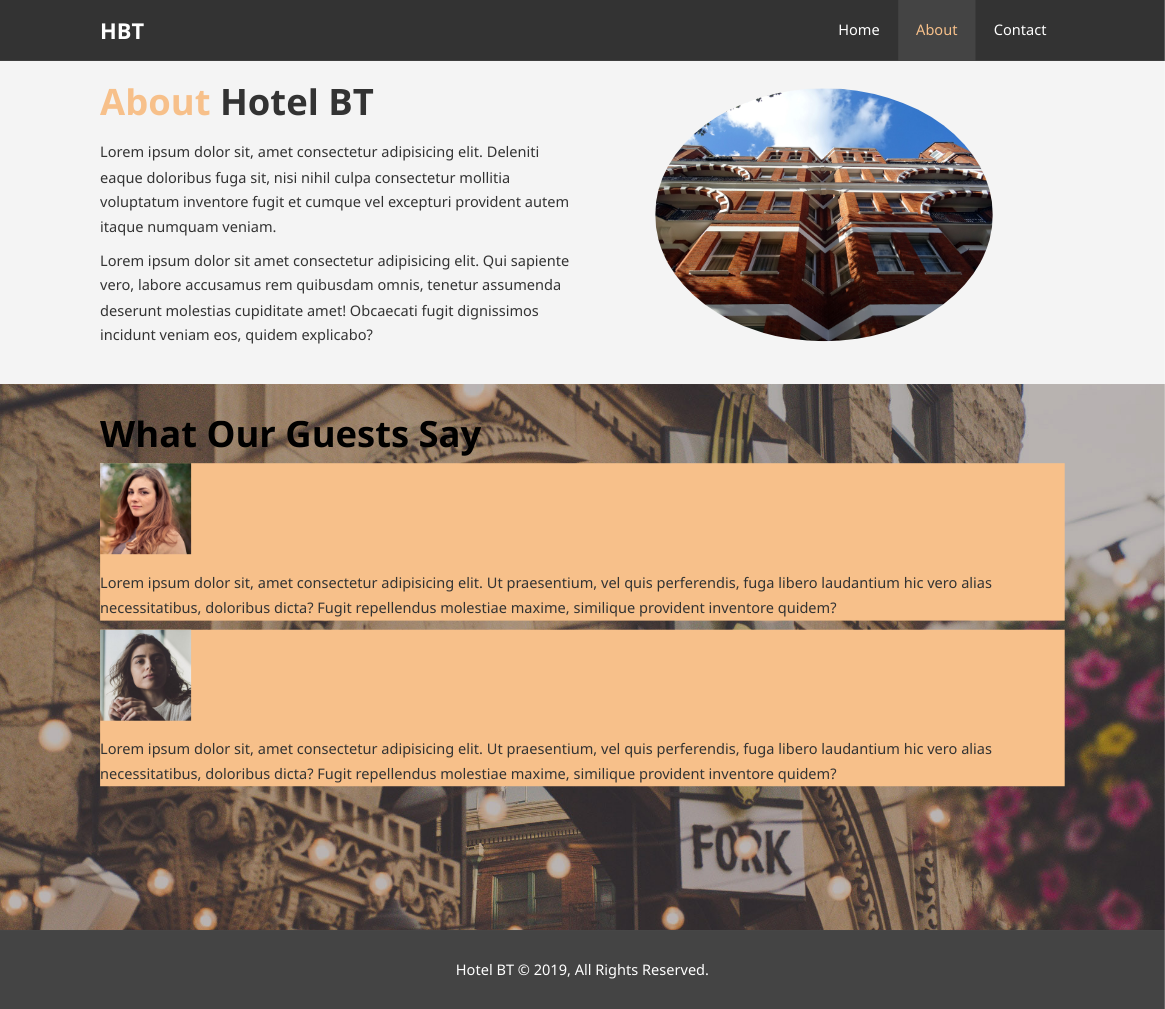
Repository: minhtien9/hotel-website
Page: about.html
An editor plug-in stored every save of this project. The page is shown before and after the next save, followed by the edit.
The browser window is 1280 px wide. The pictures show the whole page, at 91% of full size.

Above is the page before, as saved 2021-08-14 18:31:53.

### about.html
<!DOCTYPE html>
<html lang="en">

<head>
    <meta charset="UTF-8" />
    <meta http-equiv="X-UA-Compatible" content="IE=edge" />
    <meta name="viewport" content="width=device-width, initial-scale=1.0" />
    <meta name="description" content="Welcome to the most extraordinary hotel in Boston Massachusetts" />
    <meta name="keywords" content="hotel, boston hotel, new england hotel" />

    <link rel="stylesheet" href="css/style.css" />
    <title>Hotel BT | About</title>
</head>

<body>
    <header>
        <nav id="navbar">
            <div class="container">
                <h1 class="logo">
                    <a href="index.html"></a> HBT</h1>
                <ul>
                    <li><a href="index.html">Home</a></li>
                    <li><a class="current" href="about.html">About</a></li>
                    <li><a href="contact.html">Contact</a></li>
                </ul>
            </div>
        </nav>
    </header>
    <section id="about-info" class="bg-light py-3">
        <div class="container">
            <div class="info-left">
                <h1 class="l-heading">
                    <span class="text-primary">About</span> Hotel BT
                </h1>
                <p>
                    Lorem ipsum dolor sit, amet consectetur adipisicing elit. Deleniti eaque doloribus fuga sit, nisi nihil culpa consectetur mollitia voluptatum inventore fugit et cumque vel excepturi provident autem itaque numquam veniam.
                </p>
                <p>
                    Lorem ipsum dolor sit amet consectetur adipisicing elit. Qui sapiente vero, labore accusamus rem quibusdam omnis, tenetur assumenda deserunt molestias cupiditate amet! Obcaecati fugit dignissimos incidunt veniam eos, quidem explicabo?
                </p>
            </div>
            <div class="info-right">
                <img src="./img/photo-2.jpg" alt="hotel" />
            </div>
        </div>
    </section>
    <div class="clr"></div>
    <section id="testimonials" class="py-3">
        <div class="container">
            <h2 class="l-heading">What Our Guests Say</h2>
            <div class="testimonial bg-primary">
                <img src="./img/person-1.jpg" alt="Samantha" />
                <p>
                    Lorem ipsum dolor sit, amet consectetur adipisicing elit. Ut praesentium, vel quis perferendis, fuga libero laudantium hic vero alias necessitatibus, doloribus dicta? Fugit repellendus molestiae maxime, similique provident inventore quidem?
                </p>
            </div>
            <div class="testimonial bg-primary">
                <img src="./img/person-2.jpg" alt="Jen" />
                <p>
                    Lorem ipsum dolor sit, amet consectetur adipisicing elit. Ut praesentium, vel quis perferendis, fuga libero laudantium hic vero alias necessitatibus, doloribus dicta? Fugit repellendus molestiae maxime, similique provident inventore quidem?
                </p>
            </div>
        </div>
    </section>
    <footer id="main-footer">
        <p>Hotel BT &copy; 2019, All Rights Reserved.</p>
    </footer>
</body>

</html>

### css/style.css
/* Reset */

* {
    margin: 0;
    padding: 0;
    box-sizing: border-box;
}


/* Main Styling */

html,
body {
    font-family: 'Segoe UI', Tahoma, Geneva, Verdana, sans-serif;
    line-height: 1.7em;
}

a {
    color: #333;
    text-decoration: none;
}

h1,
h2,
h3 {
    padding-bottom: 20px;
}

p {
    margin: 10px 0;
}


/* Utility Classes */

.container {
    margin: auto;
    max-width: 1100px;
    overflow: auto;
    padding: 0 20px;
}

.text-primary {
    color: #f7c08a;
}

.lead {
    font-size: 20px;
}

.btn {
    display: inline-block;
    font-size: 18px;
    color: #fff;
    background: #333;
    padding: 13px 20px;
    border: none;
    cursor: pointer;
}

.btn:hover {
    background: #f7c08a;
    color: #333;
}

.btn-light {
    background: #f4f4f4;
    color: #333;
}

.bg-dark {
    background: #333;
    color: #fff;
}

.bg-light {
    background: #f4f4f4;
    color: #333;
}

.bg-primary {
    background: #f7c08a;
    color: #333;
}

.clr {
    clear: both;
}

.l-heading {
    font-size: 40px;
}


/* Padding */

.py-1 {
    padding: 10px 0;
}

.py-2 {
    padding: 20px 0;
}

.py-3 {
    padding: 30px 0;
}


/* Navbar */

#navbar {
    background: #333;
    color: #fff;
    overflow: auto;
}

#navbar a {
    color: #fff;
}

#navbar h1 {
    float: left;
    padding-top: 20px;
}

#navbar ul {
    list-style: none;
    float: right;
}

#navbar ul li {
    float: left;
}

#navbar ul li a {
    display: block;
    padding: 20px;
    text-align: center;
}

#navbar ul li a:hover,
#navbar ul li a.current {
    background: #444;
    color: #f7c08a;
}


/* Show case */

#showcase {
    background: url('../img/showcase.jpg') no-repeat center center/cover;
    height: 600px;
}

#showcase .showcase-content {
    color: #fff;
    text-align: center;
    padding-top: 170px;
}

#showcase .showcase-content h1 {
    font-size: 60px;
    line-height: 1.2em;
}

#showcase .showcase-content p {
    padding: bottom 20px;
    line-height: 1.7em;
}


/* Home info */

#home-info {
    height: 400px;
}

#home-info .info-img {
    float: left;
    width: 50%;
    background: url('../img/photo-1.jpg') no-repeat;
    min-height: 100%;
}

#home-info .info-content {
    float: right;
    width: 50%;
    height: 100%;
    text-align: center;
    padding: 50px 30px;
    overflow: hidden;
}

#home-info .info-content p {
    padding-bottom: 30px;
}


/* Features */

.box {
    float: left;
    width: 33.3%;
    padding: 50px;
    text-align: center;
}

.box i {
    margin-bottom: 10px;
}


/* About */

#about-info .info-right {
    float: right;
    width: 50%;
    min-height: 100%;
}

#about-info .info-right img {
    display: block;
    margin: auto;
    width: 70%;
    border-radius: 50%;
}

#about-info .info-left {
    float: left;
    width: 50%;
    min-height: 100%;
}


/* Testimonials */

#testimonials {
    height: 600px;
    background: url('../img/test-bg.jpg') no-repeat center center/cover;
    padding-top: 40px;
}

#testimonials .testimonial h2 {
    color: #fff;
    text-align: center;
    padding-bottom: 40px;
}

#testimonials .testimonial img {
    width: 100px;
}


/* Footer */

#main-footer {
    text-align: center;
    background: #444;
    color: #fff;
    padding: 20px;
}

After the next save:
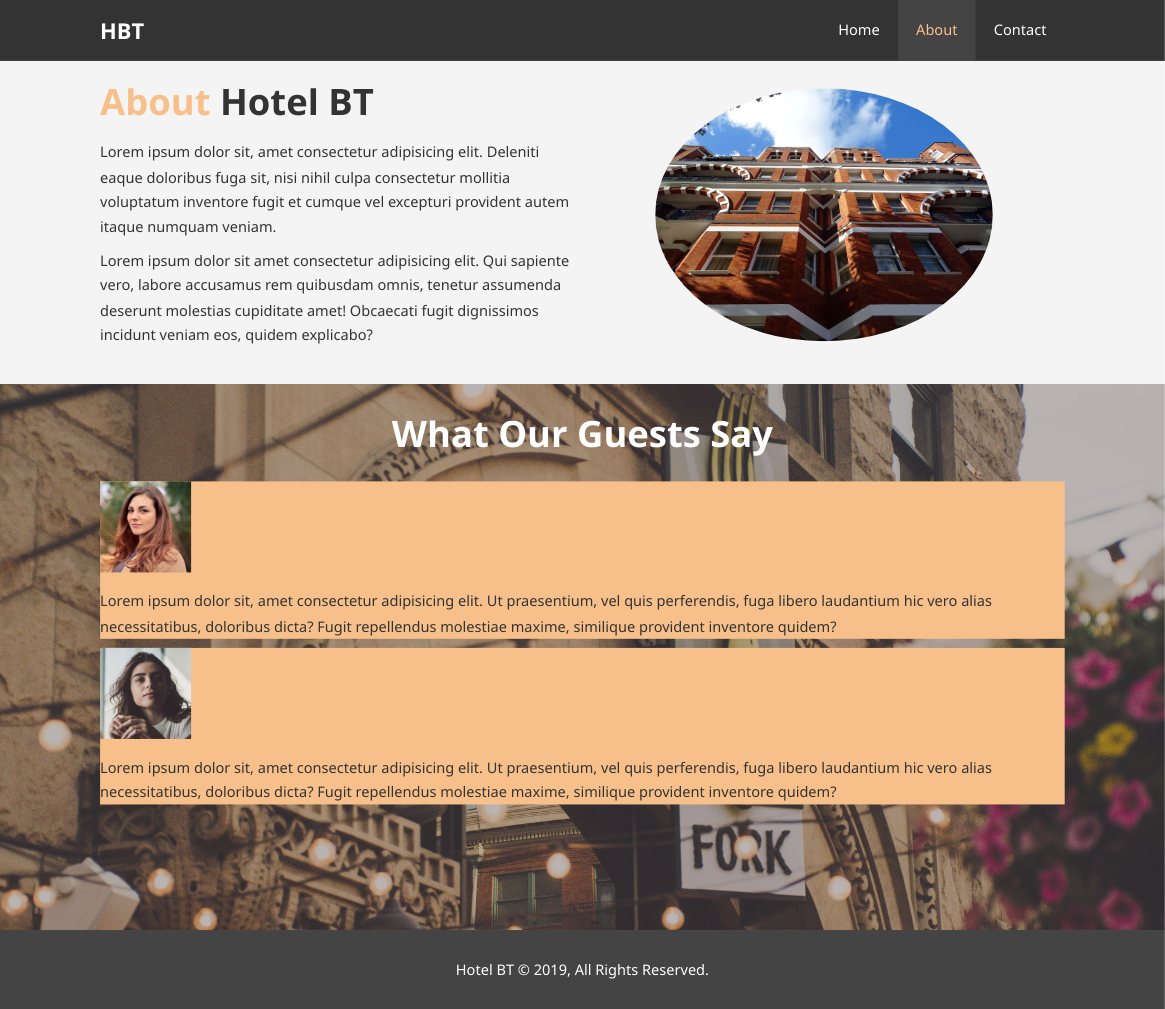
Saved 16 s later.
--- a/css/style.css
+++ b/css/style.css
@@ -241,7 +241,7 @@ p {
     padding-top: 40px;
 }
 
-#testimonials .testimonial h2 {
+#testimonials h2 {
     color: #fff;
     text-align: center;
     padding-bottom: 40px;
